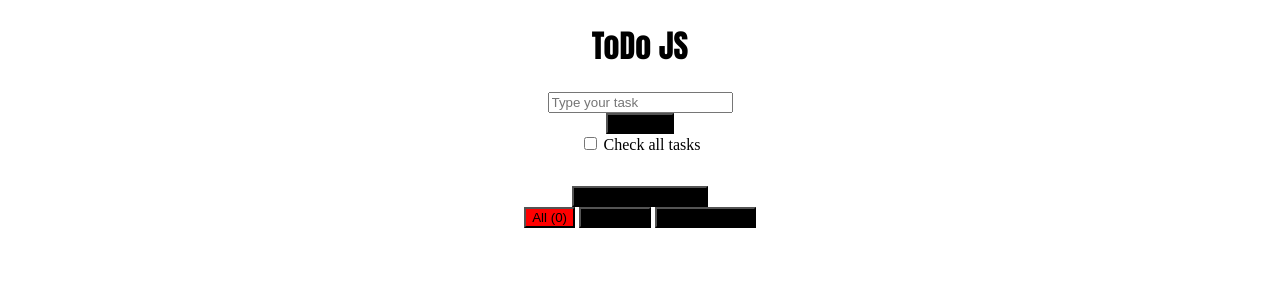
Repository: mklyagin/klyagin_todojs
Page: index.html
The author's editor kept a copy of each file at every save. The page is drawn from the files as they stood at one save, then again after the next save.
The browser window is 1280 px wide. The pictures show the whole page.

Above is the page before, as saved 2024-02-27 15:37:51.

After the next save:
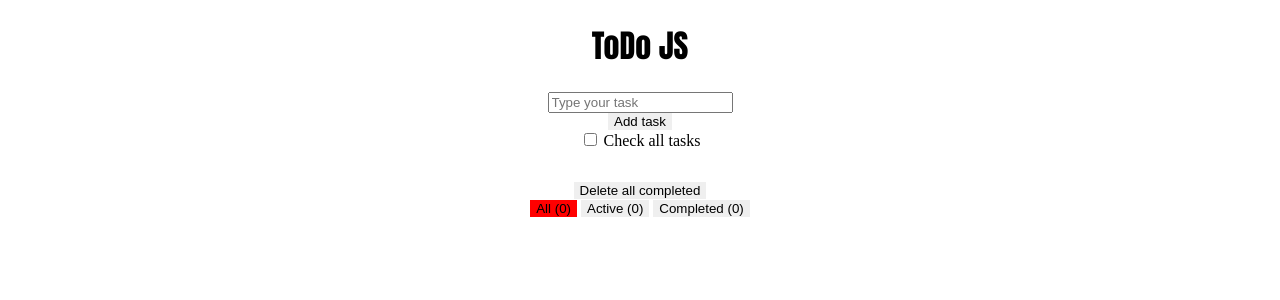
Saved 13 s later.
--- a/style.css
+++ b/style.css
@@ -12,7 +12,7 @@ body > h1 {
 }
 
 button {
-  background: #000;
+ border: none;
 }
 
 .hidden-element {
